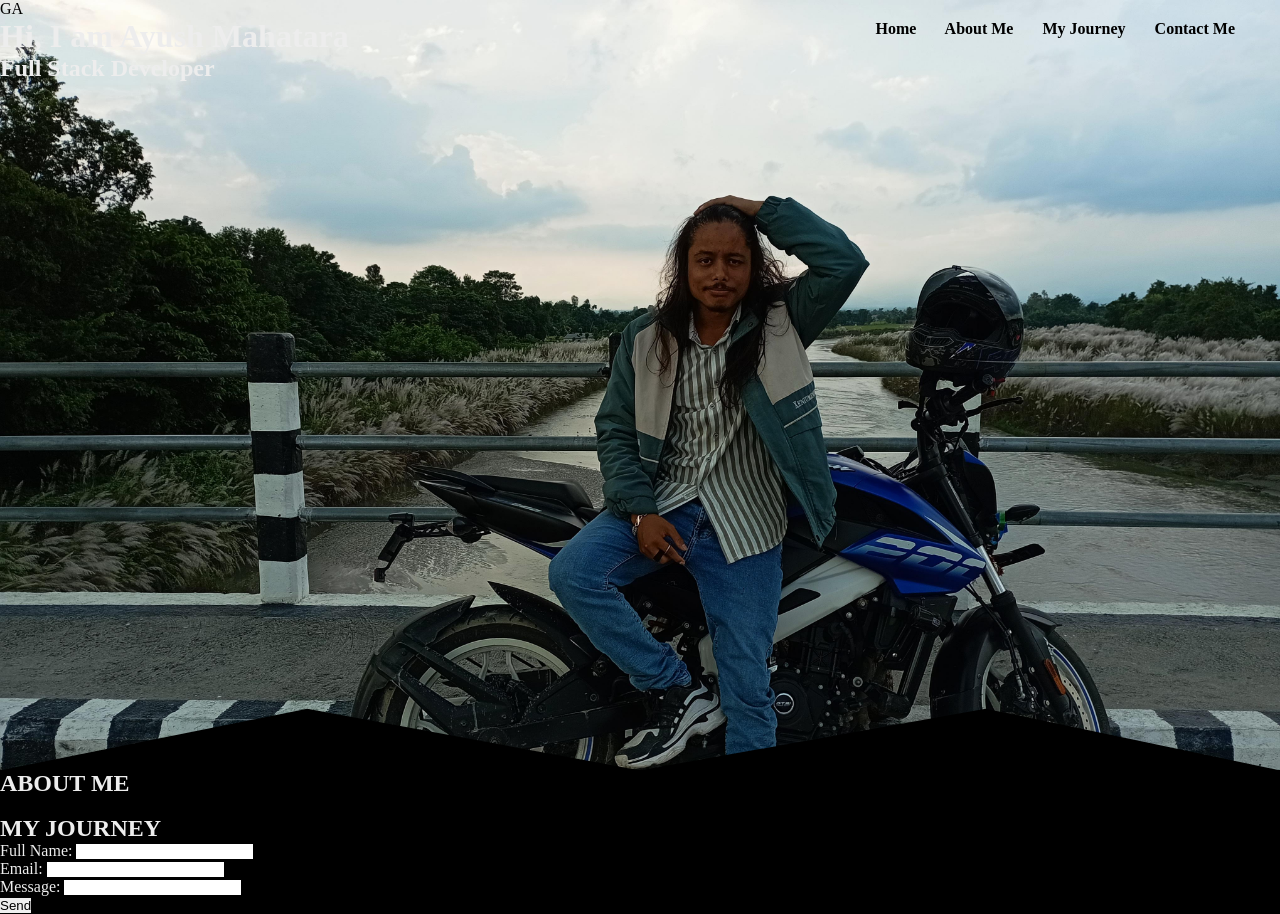
Repository: AyushMahatara/personal-website
Page: New folder/index.html
An editor plug-in stored every save of this project. The page is shown before and after the next save, followed by the edit.
The browser window is 1280 px wide. The pictures show the whole page.
Backgrounds fixed to the window are drawn as part of the page.

Above is the page before, as saved 2023-08-09 22:48:48.

After the next save:
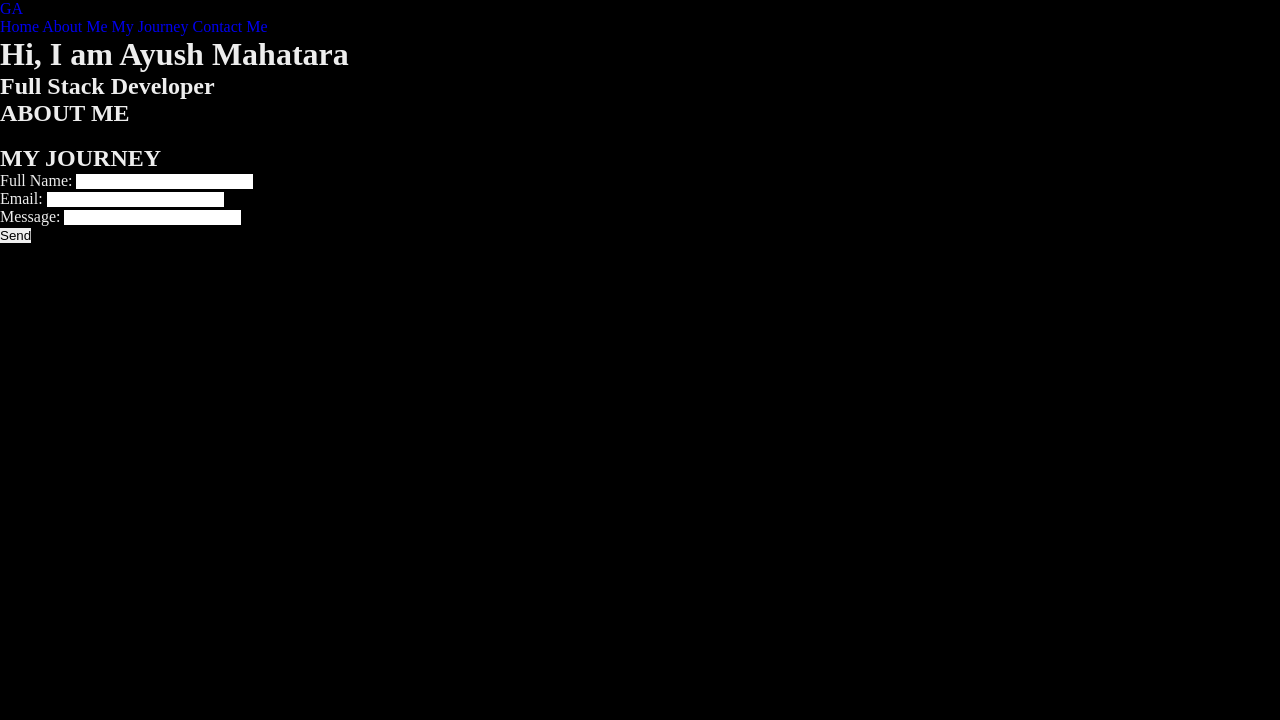
Saved 30 s later.
--- a/New folder/style.css
+++ b/New folder/style.css
@@ -20,48 +20,4 @@ body {
 }
 
 .header {
-  background-image: url("/background.jpg");
-  background-size: cover;
-  background-position: top;
-  background-repeat: no-repeat;
-  background-attachment: fixed;
-  width: 100%;
-  height: 107vh;
-  position: relative;
-  clip-path: polygon(
-    0 0,
-    0 100%,
-    24% 92%,
-    50% 100%,
-    77% 92%,
-    100% 100%,
-    100% 0
-  );
-
-  overflow: hidden;
 }
-
-nav {
-  float: right;
-  padding: 20px;
-  font-weight: bold;
-}
-
-a {
-  color: black;
-}
-
-nav a {
-  padding-right: 25px;
-}
-
-.active {
-  color: orange;
-}
-
-nav a:hover {
-  color: orange;
-}
-
-.intro {
-}
